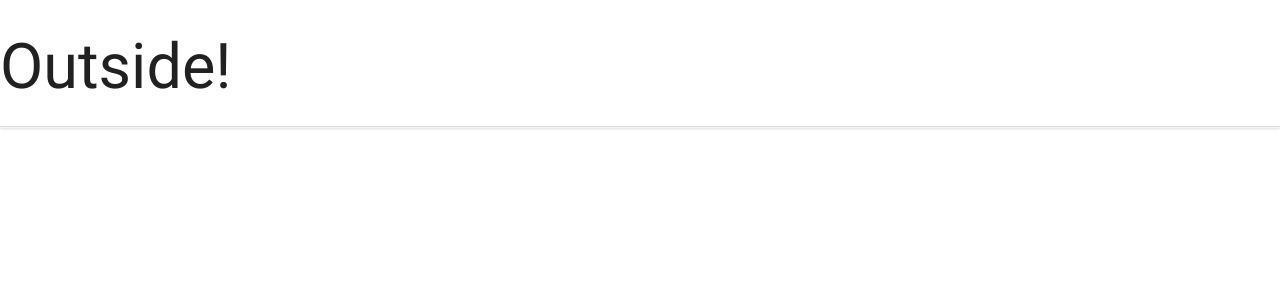
Repository: RobSimons1/task-manager
Page: http://localhost/get_tasks
The author's editor kept a record of every edit. The page is drawn from the files as they stood at one moment, then again after the next edit.
The browser window is 1280 px wide. The pictures show the whole page.
The page is served by the project's application, run on Flask 3 (app.py). Queries for data that is not in the repository find no rows.

Above is the page before.

### templates/tasks.html
{% extends 'base.html'%} {% block content %}
<div class="row">
    <ul class="collapsible" data-collapsible="accordion">
        {% for task in tasks %}
        <li>
            <div class="collapsible-header">
                <div class="col s3">
                    <i class="material-icons">expand_more</i>
                    <a class="waves-effect waves-light btn btn_small">Done</a>
                    <a href="{{url_for('edit_task', task_id=task._id)}}" class="waves-effect waves-light btn btn_small blue">Edit</a>

                </div>
                <div class=" task_header col s9">
                    <strong>{{task.task_name}}</strong> - {{task.due_date}}
                </div>
            </div>
            <div class="collapsible-body">
                <span>
                {{task.task_description}}
            </span>
            </div>
        </li>
        {% endfor %}

    </ul>
</div>
{% endblock %}

### templates/base.html
<!DOCTYPE html>
<html>
    <head>
        <link href="https://fonts.googleapis.com/icon?family=Material+Icons" rel="stylesheet">
        <link rel="stylesheet"  href="https://cdnjs.cloudflare.com/ajax/libs/materialize/0.100.2/css/materialize.min.css">

    </head>
    <body>
        <h1>Outside!</h1>
        {% block content %} {% endblock %}
        <script src="https://cdnjs.cloudflare.com/ajax/libs/jquery/3.4.1/jquery.min.js"></script>
    </body>
</html>

### app.py
import os
from flask import Flask, render_template, redirect, request, url_for
from flask_pymongo import PyMongo
from bson.objectid import ObjectId

app = Flask(__name__)
app.config["MONGO_DBNAME"] = 'task_manager'
app.config["MONGO_URI"] = 'mongodb+srv://RobSimons1:<ppassword>@myfirstcluster-yyi3w.mongodb.net/task_manager?retryWrites=true&w=majority'

mongo = PyMongo(app)

@app.route('/get_tasks')
def get_tasks():
    _tasks = mongo.db.tasks.find()
    task_list = [task for task in _tasks]
    return render_template("tasks.html", task = task_list)


@app.route('/add_task')
def add_task():
    _categories = mongo.db.categories.find()
    category_list = [category for category in _categories]
    return render_template('addtask.html', categories = category_list)


if __name__ == '__main__':
    app.run(host=os.environ.get('IP'),
        port=int(os.environ.get('PORT')),
        debug=True)

After the next edit:
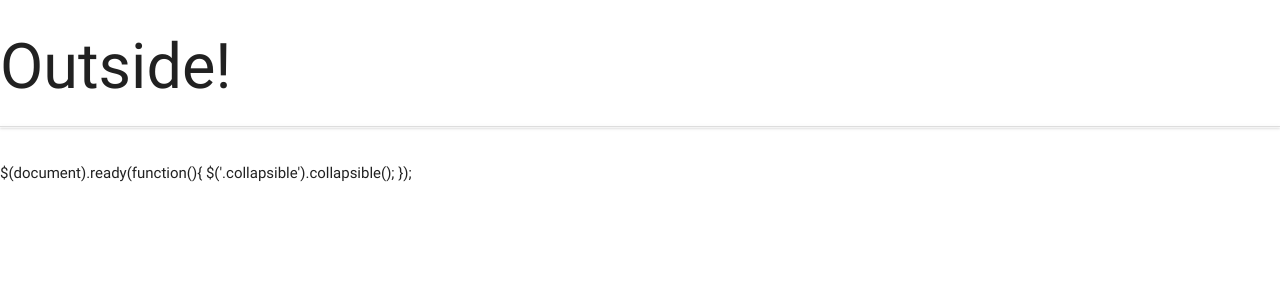
The edit:
--- a/templates/base.html
+++ b/templates/base.html
@@ -9,5 +9,9 @@
         <h1>Outside!</h1>
         {% block content %} {% endblock %}
         <script src="https://cdnjs.cloudflare.com/ajax/libs/jquery/3.4.1/jquery.min.js"></script>
+        <script src="https://cdnjs.cloudflare.com/ajax/libs/materialize/0.100.2/js/materialize.min.js"></script>
+         $(document).ready(function(){
+            $('.collapsible').collapsible();
+         });
     </body>
 </html>

After the edit that followed:
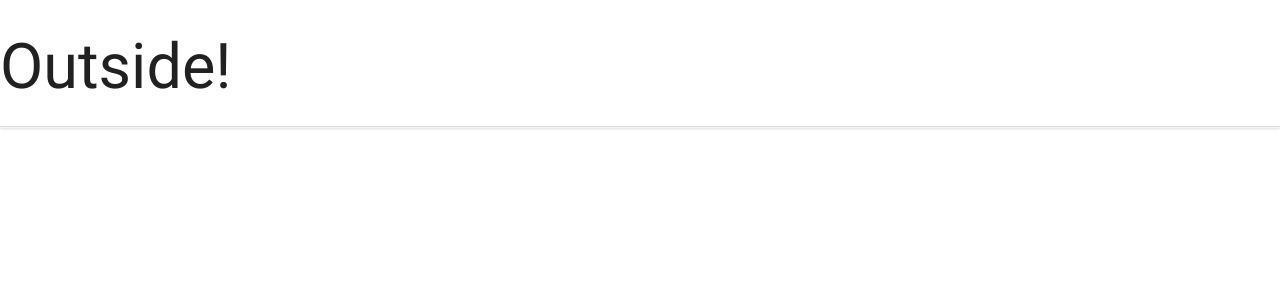
The edit:
--- a/templates/base.html
+++ b/templates/base.html
@@ -10,6 +10,7 @@
         {% block content %} {% endblock %}
         <script src="https://cdnjs.cloudflare.com/ajax/libs/jquery/3.4.1/jquery.min.js"></script>
         <script src="https://cdnjs.cloudflare.com/ajax/libs/materialize/0.100.2/js/materialize.min.js"></script>
+        <script type="text/javascript">
          $(document).ready(function(){
             $('.collapsible').collapsible();
          });
